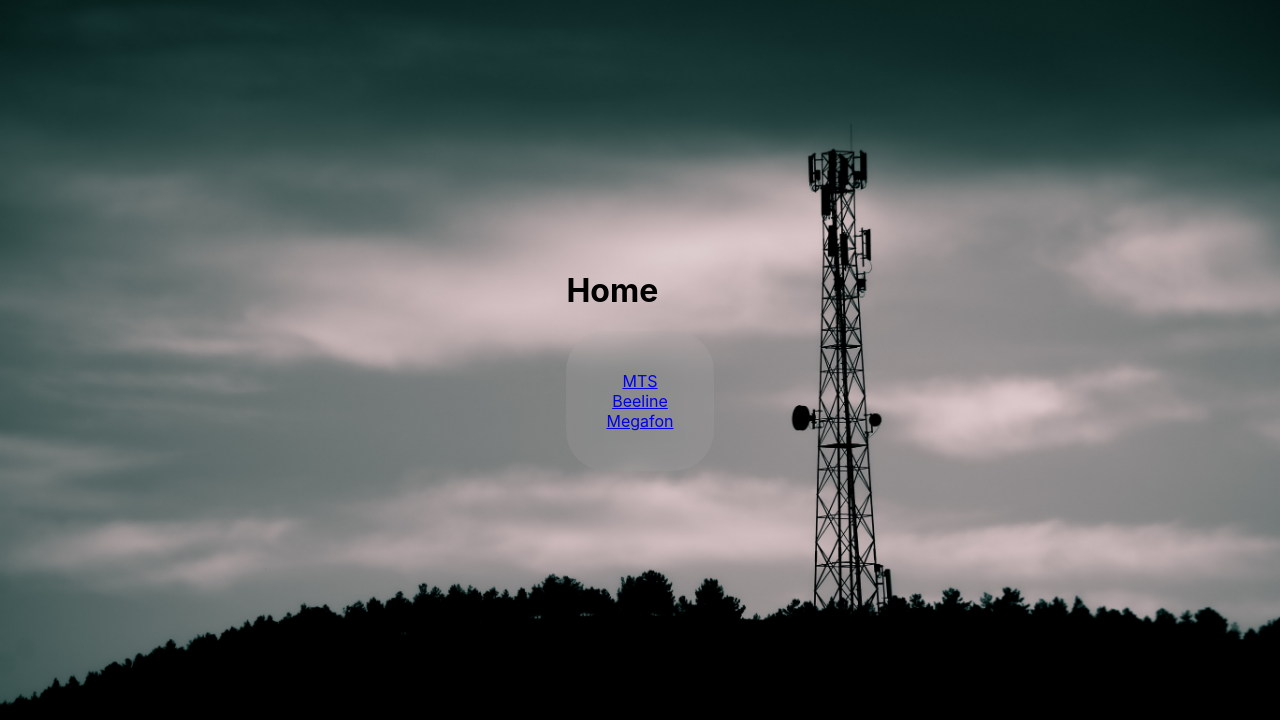
Repository: MiroslavWise/operator
Page: /
These files come from the project's save history. The page is drawn as it stood at one moment and after the next save; the edit follows.
The browser window is 1280 px wide. The pictures show the whole page.
The project was rebuilt for these pictures with package versions that can differ from the ones it lists, and the page was loaded fresh each time. Also part of the build but not shown: src/pages/MTS.jsx, src/pages/Beeline.jsx, src/pages/Megafon.jsx. Imported but missing from the stored project, and not drawn on this page: src/components/CompFormik.

Above is the page before, as saved 2022-02-15 19:00:49.

### src/index.tsx
import { BrowserRouter, Routes, Route } from "react-router-dom";

import ReactDOM from 'react-dom';
import './index.css';
import App from './App';
import reportWebVitals from './reportWebVitals';
import MTS from "./pages/MTS";
import Beeline from "./pages/Beeline";
import Megafon from "./pages/Megafon";

ReactDOM.render(
    <BrowserRouter>
    <Routes>
      <Route path="/" element={<App />}/>
      <Route path="mts" element={<MTS />}/>
      <Route path="beeline" element={<Beeline />}/>
      <Route path="megafon" element={<Megafon />}/>
    </Routes>
  </BrowserRouter>,

  document.getElementById('root')
);

// If you want to start measuring performance in your app, pass a function
// to log results (for example: reportWebVitals(console.log))
// or send to an analytics endpoint. Learn more: https://bit.ly/CRA-vitals
reportWebVitals();

### src/index.css
body {
  margin: 0;
  font-family: -apple-system, BlinkMacSystemFont, 'Segoe UI', 'Roboto', 'Oxygen',
    'Ubuntu', 'Cantarell', 'Fira Sans', 'Droid Sans', 'Helvetica Neue',
    sans-serif;
  -webkit-font-smoothing: antialiased;
  -moz-osx-font-smoothing: grayscale;
  display: flex;
  justify-content: center;
  justify-items: center;
  align-items: center;
  height: 100vh;
  background-image: url(Picture/pexels-furkan-i̇nce-4249270.jpg);
  background-size: cover;
}

code {
  font-family: source-code-pro, Menlo, Monaco, Consolas, 'Courier New',
    monospace;
}

### src/App.tsx
import './App.css';
import { Link } from 'react-router-dom';

function App() {
  return (
  <div className='navigation'>
      <h1>Home</h1>
      <nav>
        <Link to="mts">MTS</Link>
        <Link to="beeline">Beeline</Link>
        <Link to="megafon">Megafon</Link>
      </nav>
    </div>
  );
}

export default App;

### src/App.css

@media (prefers-reduced-motion: no-preference) {
  .App-logo {
    animation: App-logo-spin infinite 20s linear;
  }
}

.App-header {
  background-color: #282c34;
  min-height: 100vh;
  display: flex;
  flex-direction: column;
  align-items: center;
  justify-content: center;
  font-size: calc(10px + 2vmin);
  color: white;
}

.App-link {
  color: #61dafb;
}

@keyframes App-logo-spin {
  from {
    transform: rotate(0deg);
  }
  to {
    transform: rotate(360deg);
  }
}

nav {
  display: flex;
    flex-direction: column;
    justify-content: center;
    align-items: center;
    background-color: #ffffff10;
    backdrop-filter: blur(12px);
    -webkit-backdrop-filter: blur(50px);
    border-radius: 40px;
    height: auto;
    padding: 40px;
    margin:auto;
}

Loaded but not shown: public/index.html (common file); src/reportWebVitals.ts (common file)

After the next save:
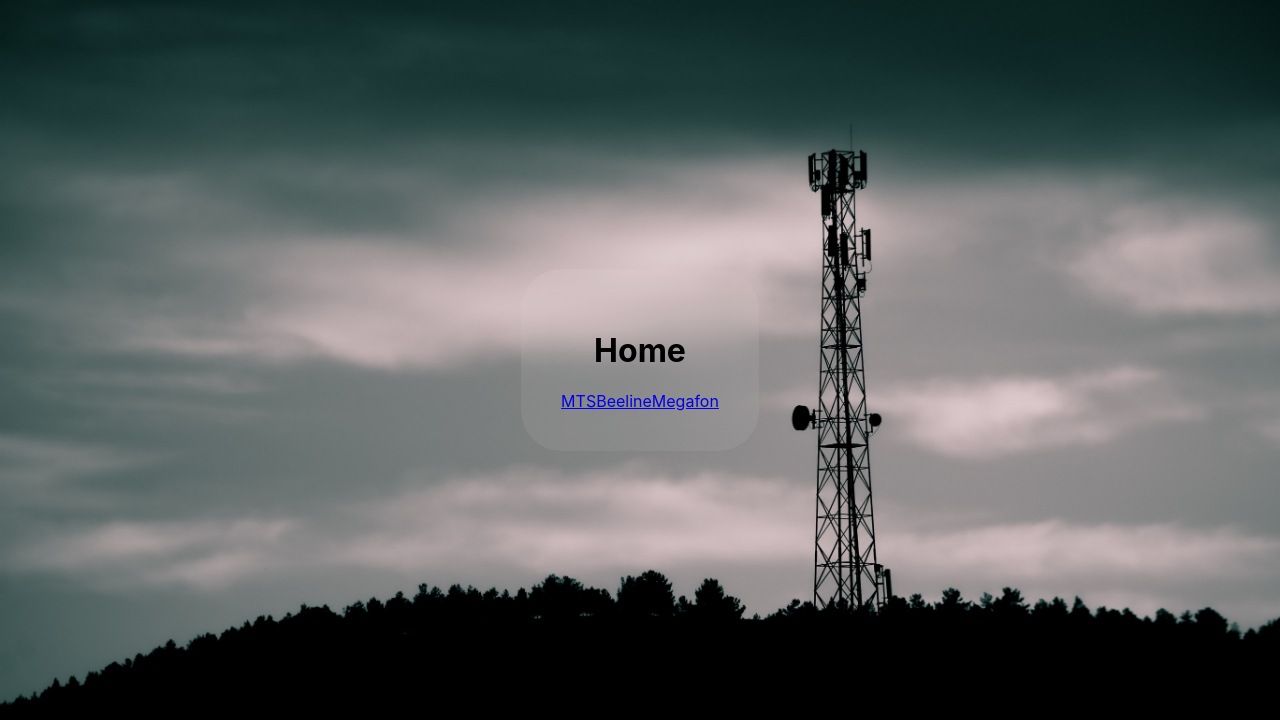
Saved 6 s later.
--- a/src/App.css
+++ b/src/App.css
@@ -29,7 +29,7 @@
   }
 }
 
-nav {
+.navigation {
   display: flex;
     flex-direction: column;
     justify-content: center;
